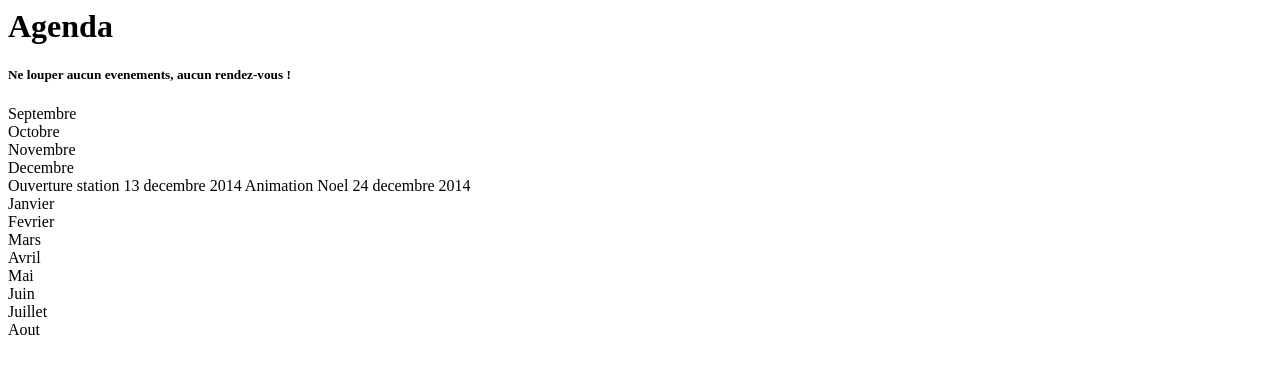
Repository: numericgraphics/Rosiere_Service
Page: www/templates/agenda.html
The author's editor kept a record of every edit. The page is drawn from the files as they stood at one moment, then again after the next edit.
The browser window is 1280 px wide. The pictures show the whole page.

Above is the page before.

### www/templates/agenda.html


<ion-view title="Agenda">
        <ion-content has-header="true" padding="true">
         <h1 ><i class="icon ion-calendar"></i> Agenda</h1 >

          <h5>Ne louper aucun evenements, aucun rendez-vous ! </h5>

          <div class="list">
          <div class="item item-divider">
            Septembre
          </div>
          <div class="item item-divider">
            Octobre
          </div>
          <div class="item item-divider">
            Novembre
          </div>
          <div class="item item-divider">
            Decembre
          </div>
          <a class="item" ng-click="openModal("opening")">
            Ouverture station
            <span class="item-note">
              13 decembre 2014
            </span>
          </a>
          <a class="item" ng-click="openModal("noel")">
            Animation Noel
            <span class="item-note">
              24 decembre 2014
            </span>
          </a>
          <div class="item item-divider">
            Janvier
          </div>
          <div class="item item-divider">
            Fevrier
          </div>
          <div class="item item-divider">
            Mars
          </div>
          <div class="item item-divider">
            Avril
          </div>
          <div class="item item-divider">
            Mai
          </div>
          <div class="item item-divider">
            Juin
          </div>
          <div class="item item-divider">
            Juillet
          </div>
          <div class="item item-divider">
            Aout
          </div>



        </ion-content>
      </ion-view>

After the next edit:
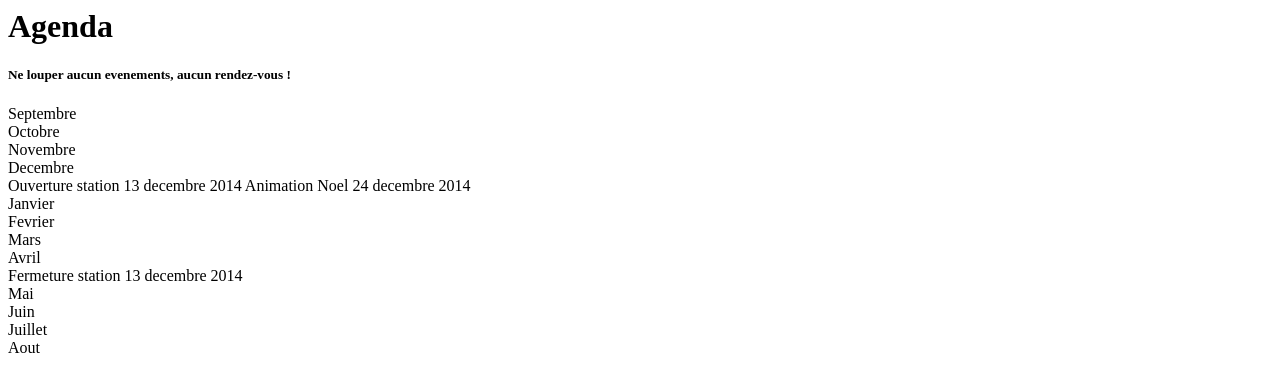
The edit:
--- a/www/templates/agenda.html
+++ b/www/templates/agenda.html
@@ -43,6 +43,12 @@
           <div class="item item-divider">
             Avril
           </div>
+          <a class="item" ng-click="openModal("opening")">
+            Fermeture station
+            <span class="item-note">
+              13 decembre 2014
+            </span>
+          </a>
           <div class="item item-divider">
             Mai
           </div>
